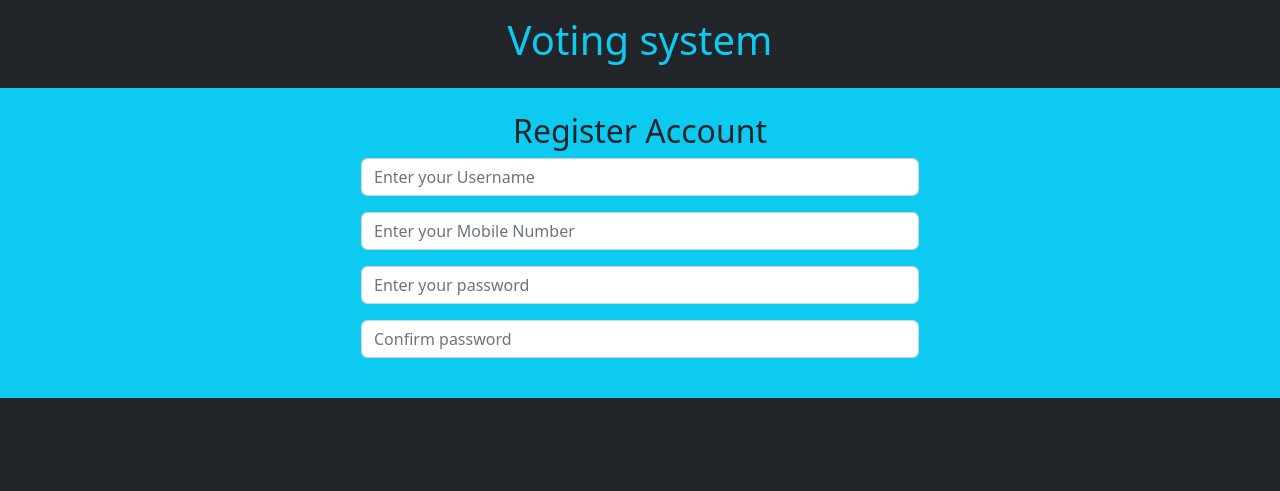
Repository: AvinashLikesToLearnNewStuff/VotingSite
Page: http://localhost/partials/registration.php
These files come from the project's save history. The page is drawn as it stood at one moment and after a run of saves; the edit follows.
The browser window is 1280 px wide. The pictures show the whole page.
The page is run by PHP 8.4 with error messages shown; the project is at /var/www/html/.

Above is the page before, as saved 2023-03-09 10:30:31.

### partials/registration.php
<!DOCTYPE html>
<html lang="en">
<head>
    <meta charset="UTF-8">
    <meta http-equiv="X-UA-Compatible" content="IE=edge">
    <meta name="viewport" content="width=device-width, initial-scale=1.0">
    <title>Voting System Registration Page</title>
        <!-- bootstrap css link -->
     <link href="https://cdn.jsdelivr.net/npm/bootstrap@5.2.3/dist/css/bootstrap.min.css" rel="stylesheet" integrity="sha384-rbsA2VBKQhggwzxH7pPCaAqO46MgnOM80zW1RWuH61DGLwZJEdK2Kadq2F9CUG65" crossorigin="anonymous">
</head>
<body class="bg-dark">
    <h1 class="text-center text-info p-3">Voting system</h1>
    <div class="bg-info py-4">
        <h2 class="text-center">Register Account</h2>
        <div class="container">
            <form action="">
                <div class="mb-3">
                    <input type="text" name="username" class="form-control w-50 m-auto" placeholder="Enter your Username" required="required">
                </div>

                <div class="mb-3">
                    <input type="text" class="form-control w-50 m-auto" placeholder="Enter your Mobile Number" required="required" name="mobile">
                </div>

                    <div class="mb-3">
                    <input type="text" class="form-control w-50 m-auto" placeholder="Enter your password" required="required" name="password">
                </div>

                        <div class="mb-3">
                    <input type="text" class="form-control w-50 m-auto" placeholder="Confirm password" required="required" name="cpassword">
                </div>



            </form>
        </div>

    </div>


</body>
</html>

After the next 2 saves:
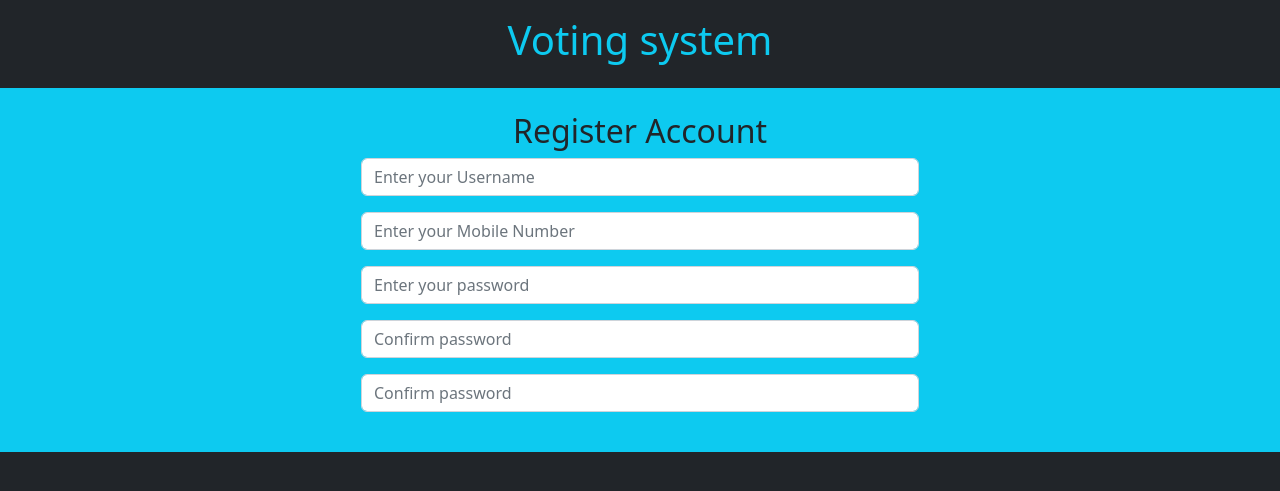
The 2 saves are shown as one change because they came seconds apart.
The last was saved 34 s later.
--- a/partials/registration.php
+++ b/partials/registration.php
@@ -26,11 +26,13 @@
                     <input type="text" class="form-control w-50 m-auto" placeholder="Enter your password" required="required" name="password">
                 </div>
 
-                        <div class="mb-3">
+                <div class="mb-3">
                     <input type="text" class="form-control w-50 m-auto" placeholder="Confirm password" required="required" name="cpassword">
                 </div>
 
-
+                <div class="mb-3">
+                    <input type="text" class="form-control w-50 m-auto" placeholder="Confirm password" required="required" name="cpassword">
+                </div>
 
             </form>
         </div>
